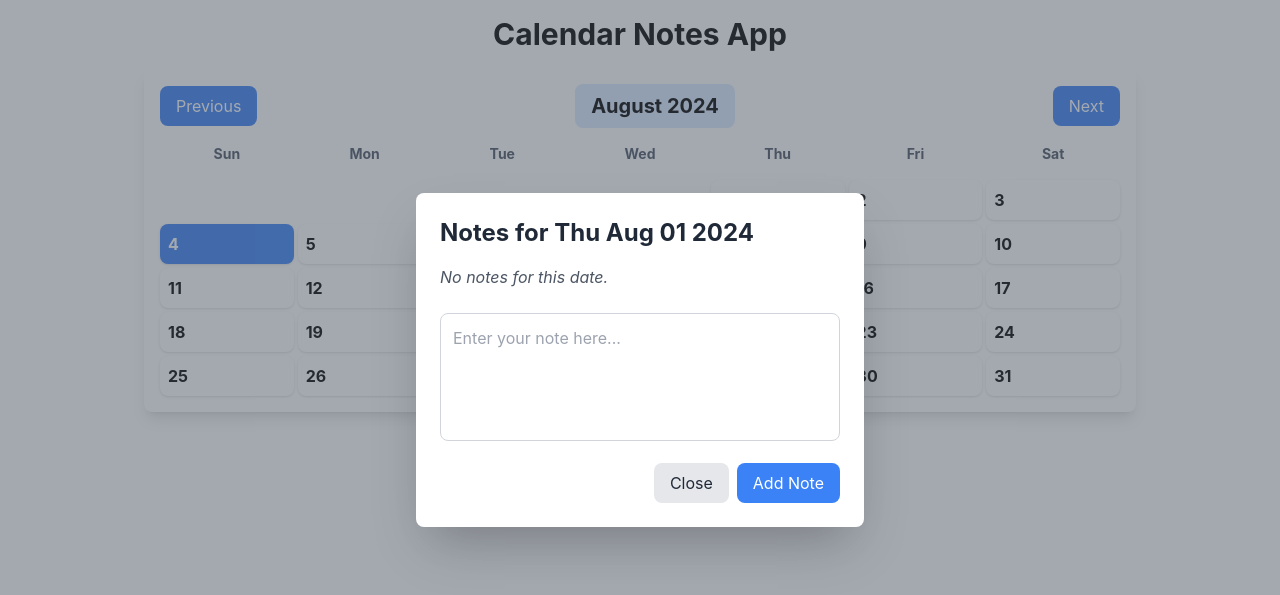
Repository: boogerjosh/Calendar-Notes-App
Page: /, after clicking the first element matching `div.cursor-pointer`
An editor plug-in stored every save of this project. The page is shown before and after the next save, followed by the edit.
The browser window is 1280 px wide. The pictures show the whole page.
The project was rebuilt for these pictures with package versions that can differ from the ones it lists, and the page was loaded fresh each time.

Above is the page before, as saved 2024-08-04 07:58:44.

### src/App.tsx
import React, { useState } from 'react';
import Calendar from './components/Calendar';
import NoteModal from './components/NoteModal';

interface Note {
  id: string;
  date: Date;
  content: string;
}

const App: React.FC = () => {
  const [selectedDate, setSelectedDate] = useState<Date | null>(null);
  const [notes, setNotes] = useState<Note[]>([]);
  const [isModalOpen, setIsModalOpen] = useState(false);

  const handleDateClick = (date: Date) => {
    setSelectedDate(date);
    setIsModalOpen(true);
  };

  const handleAddNote = (content: string) => {
    if (selectedDate) {
      const newNote: Note = {
        id: Date.now().toString(),
        date: selectedDate,
        content
      };
      setNotes([...notes, newNote]);
      setIsModalOpen(false);
    }
  };

  const getNotesForDate = (date: Date) => {
    return notes.filter(note => note.date.toDateString() === date.toDateString());
  };

  return (
    <div className="container mx-auto p-4 max-w-screen-lg">
      <h1 className="text-2xl md:text-3xl font-bold mb-4 text-center">Calendar Notes App</h1>
      <Calendar onDateClick={handleDateClick} notes={notes} />
      {isModalOpen && selectedDate && (
        <NoteModal
          date={selectedDate}
          notes={getNotesForDate(selectedDate)}
          onClose={() => setIsModalOpen(false)}
          onAddNote={handleAddNote}
        />
      )}
    </div>
  );
};

export default App;

### src/components/Calendar.tsx
import React, { useState } from 'react';
import { motion, AnimatePresence } from 'framer-motion';

interface Note {
  id: string;
  date: Date;
  content: string;
}

interface CalendarProps {
  onDateClick: (date: Date) => void;
  notes: Note[];
}

const Calendar: React.FC<CalendarProps> = ({ onDateClick, notes }) => {
  const [currentDate, setCurrentDate] = useState(new Date());
  const [isMonthSelectorVisible, setIsMonthSelectorVisible] = useState(false);
  const monthNames = ["January", "February", "March", "April", "May", "June", "July", "August", "September", "October", "November", "December"];

  const getDaysInMonth = (year: number, month: number) => {
    return new Date(year, month + 1, 0).getDate();
  };

  const getFirstDayOfMonth = (year: number, month: number) => {
    return new Date(year, month, 1).getDay();
  };

  const renderCalendarDays = () => {
    const year = currentDate.getFullYear();
    const month = currentDate.getMonth();
    const daysInMonth = getDaysInMonth(year, month);
    const firstDayOfMonth = getFirstDayOfMonth(year, month);

    const days = [];

    // Add empty cells for days before the first day of the month
    for (let i = 0; i < firstDayOfMonth; i++) {
      days.push(<div key={`empty-${i}`} className="p-1 md:p-2"></div>);
    }

    // Add cells for each day of the month
    for (let i = 1; i <= daysInMonth; i++) {
      const date = new Date(year, month, i);
      const notesForDate = notes.filter(note => note.date.toDateString() === date.toDateString());
      const noteCount = notesForDate.length;
      const isToday = date.toDateString() === new Date().toDateString();

      days.push(
        <motion.div
          key={i}
          whileHover={{ scale: 1.05 }}
          whileTap={{ scale: 0.95 }}
          className={`p-1 md:p-2 rounded-lg cursor-pointer ${isToday ? 'bg-blue-500 text-white' : noteCount > 0 ? 'bg-blue-100' : 'bg-white hover:bg-gray-100'
            } transition-colors duration-200 shadow`}
          onClick={() => onDateClick(date)}
        >
          <span className={`font-bold text-sm md:text-base ${isToday ? 'text-white' : ''}`}>{i}</span>
          {noteCount > 0 && (
            <div className="w-4 h-4 md:w-5 md:h-5 bg-blue-500 rounded-full ml-1 inline-flex items-center justify-center text-white text-xs">
              {noteCount}
            </div>
          )}
        </motion.div>
      );
    }

    return days;
  };

  const navigateMonth = (direction: 'prev' | 'next') => {
    setCurrentDate(prevDate => {
      const newDate = new Date(prevDate);
      if (direction === 'prev') {
        newDate.setMonth(prevDate.getMonth() - 1);
      } else {
        newDate.setMonth(prevDate.getMonth() + 1);
      }
      return newDate;
    });
  };

  const handleMonthClick = () => {
    setIsMonthSelectorVisible(!isMonthSelectorVisible);
  };

  const handleMonthSelect = (monthIndex: number) => {
    setCurrentDate(new Date(currentDate.getFullYear(), monthIndex, 1));
    setIsMonthSelectorVisible(false);
  };

  const renderMonthSelector = () => {
    return (
      <motion.div
        initial={{ opacity: 0, y: -10 }}
        animate={{ opacity: 1, y: 0 }}
        exit={{ opacity: 0, y: -10 }}
        className="absolute top-full left-0 right-0 bg-white border shadow-lg rounded-lg p-2 grid grid-cols-1 gap-2 z-10"
      >
        {monthNames.map((month, index) => (
          <motion.button
            key={month}
            whileHover={{ scale: 1.05 }}
            whileTap={{ scale: 0.95 }}
            onClick={() => handleMonthSelect(index)}
            className="px-2 py-1 text-sm hover:bg-blue-100 rounded transition-colors duration-200"
          >
            {month}
          </motion.button>
        ))}
      </motion.div>
    );
  };

  return (
    <div className="bg-white rounded-lg shadow-lg p-4">
      <div className="flex justify-between items-center mb-4">
        <motion.button
          whileHover={{ scale: 1.05 }}
          whileTap={{ scale: 0.95 }}
          onClick={() => navigateMonth('prev')}
          className="px-2 py-1 md:px-4 md:py-2 bg-blue-500 text-white rounded-lg text-sm md:text-base hover:bg-blue-600 transition-colors duration-200"
        >
          Previous
        </motion.button>
        <div className="relative">
          <motion.button
            whileHover={{ scale: 1.05 }}
            whileTap={{ scale: 0.95 }}
            onClick={handleMonthClick}
            className="text-lg md:text-xl font-bold px-2 py-1 md:px-4 md:py-2 bg-blue-100 rounded-lg hover:bg-blue-200 transition-colors duration-200"
          >
            {monthNames[currentDate.getMonth()]} {currentDate.getFullYear()}
          </motion.button>
          <AnimatePresence>
            {isMonthSelectorVisible && renderMonthSelector()}
          </AnimatePresence>
        </div>
        <motion.button
          whileHover={{ scale: 1.05 }}
          whileTap={{ scale: 0.95 }}
          onClick={() => navigateMonth('next')}
          className="px-2 py-1 md:px-4 md:py-2 bg-blue-500 text-white rounded-lg text-sm md:text-base hover:bg-blue-600 transition-colors duration-200"
        >
          Next
        </motion.button>
      </div>
      <div className="grid grid-cols-7 gap-1 mb-2 md:mb-4">
        {['Sun', 'Mon', 'Tue', 'Wed', 'Thu', 'Fri', 'Sat'].map(day => (
          <div key={day} className="font-bold text-center text-xs md:text-sm text-gray-600">{day}</div>
        ))}
      </div>
      <motion.div
        initial={{ opacity: 0 }}
        animate={{ opacity: 1 }}
        exit={{ opacity: 0 }}
        className="grid grid-cols-7 gap-1"
      >
        {renderCalendarDays()}
      </motion.div>
    </div>
  );
};

export default Calendar;

### src/components/NoteModal.tsx
import React, { useState, useEffect } from 'react';
import { motion, AnimatePresence } from 'framer-motion';

interface Note {
  id: string;
  date: Date;
  content: string;
}

interface NoteModalProps {
  date: Date;
  notes: Note[];
  onClose: () => void;
  onAddNote: (content: string) => void;
}

const NoteModal: React.FC<NoteModalProps> = ({ date, notes, onClose, onAddNote }) => {
  const [noteContent, setNoteContent] = useState('');
  const [activeNoteId, setActiveNoteId] = useState<string | null>(null);

  useEffect(() => {
    const handleEscape = (event: KeyboardEvent) => {
      if (event.key === 'Escape') {
        onClose();
      }
    };
    window.addEventListener('keydown', handleEscape);
    return () => window.removeEventListener('keydown', handleEscape);
  }, [onClose]);

  const handleSubmit = (e: React.FormEvent) => {
    e.preventDefault();
    if (noteContent.trim()) {
      onAddNote(noteContent);
      setNoteContent('');
    }
  };

  const handleNoteClick = (noteId: string) => {
    setActiveNoteId(activeNoteId === noteId ? null : noteId);
  };

  return (
    <AnimatePresence>
      <motion.div
        initial={{ opacity: 0 }}
        animate={{ opacity: 1 }}
        exit={{ opacity: 0 }}
        className="fixed inset-0 bg-gray-600 bg-opacity-50 flex justify-center items-center p-4 z-50"
        onClick={onClose}
      >
        <motion.div
          initial={{ scale: 0.9, opacity: 0 }}
          animate={{ scale: 1, opacity: 1 }}
          exit={{ scale: 0.9, opacity: 0 }}
          transition={{ type: 'spring', damping: 20, stiffness: 300 }}
          className="bg-white p-6 rounded-lg w-full max-w-md shadow-2xl"
          onClick={(e) => e.stopPropagation()}
        >
          <h2 className="text-2xl font-bold mb-4 text-gray-800">
            Notes for {date.toDateString()}
          </h2>
          <div className="mb-6 max-h-48 overflow-y-auto">
            <AnimatePresence>
              {notes.length > 0 ? (
                notes.map((note) => (
                  <motion.div
                    key={note.id}
                    initial={{ opacity: 0, y: -10 }}
                    animate={{ opacity: 1, y: 0 }}
                    exit={{ opacity: 0, y: -10 }}
                    className={`bg-gray-100 p-3 mb-2 rounded-lg cursor-pointer transition-colors duration-200 ${activeNoteId === note.id ? 'bg-blue-100' : 'hover:bg-gray-200'
                      }`}
                    onClick={() => handleNoteClick(note.id)}
                  >
                    <p className="text-sm text-gray-800 break-words">
                      {activeNoteId === note.id ? note.content : note.content.slice(0, 50) + (note.content.length > 50 ? '...' : '')}
                    </p>
                  </motion.div>
                ))
              ) : (
                <p className="text-gray-600 italic">No notes for this date.</p>
              )}
            </AnimatePresence>
          </div>
          <form onSubmit={handleSubmit} className="space-y-4">
            <textarea
              className="w-full h-32 p-3 border border-gray-300 rounded-lg focus:ring-2 focus:ring-blue-500 focus:border-transparent resize-none"
              value={noteContent}
              onChange={(e) => setNoteContent(e.target.value)}
              placeholder="Enter your note here..."
            />
            <div className="flex justify-end space-x-2">
              <button
                type="button"
                className="px-4 py-2 bg-gray-200 text-gray-800 rounded-lg hover:bg-gray-300 transition-colors duration-200"
                onClick={onClose}
              >
                Close
              </button>
              <button
                type="submit"
                className="px-4 py-2 bg-blue-500 text-white rounded-lg hover:bg-blue-600 transition-colors duration-200"
              >
                Add Note
              </button>
            </div>
          </form>
        </motion.div>
      </motion.div>
    </AnimatePresence>
  );
};

export default NoteModal;

Loaded but not shown: public/index.html (common file); src/index.tsx (common file); src/index.css (common file); src/reportWebVitals.ts (common file); tailwind.config.js (common file)

After the next save:
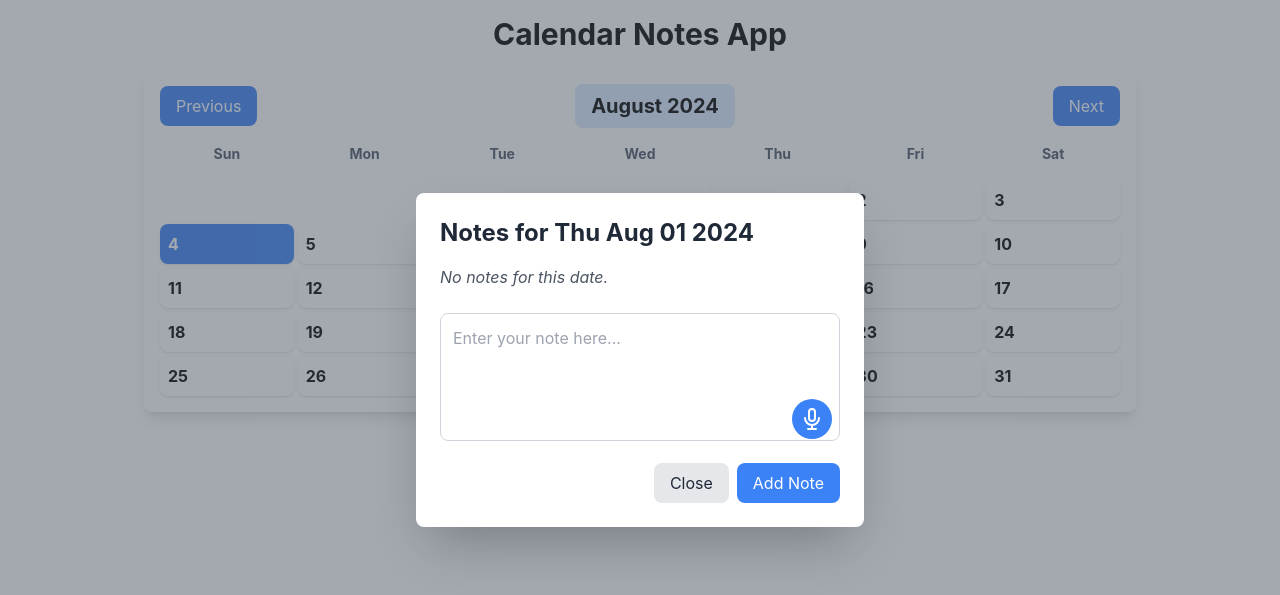
Saved 2 h 36 min later.
--- a/src/components/NoteModal.tsx
+++ b/src/components/NoteModal.tsx
@@ -1,4 +1,4 @@
-import React, { useState, useEffect } from 'react';
+import React, { useState, useEffect, useRef } from 'react';
 import { motion, AnimatePresence } from 'framer-motion';
 
 interface Note {
@@ -14,19 +14,52 @@ interface NoteModalProps {
   onAddNote: (content: string) => void;
 }
 
+// interface Window {
+//   SpeechRecognition: typeof SpeechRecognition;
+//   webkitSpeechRecognition: typeof SpeechRecognition;
+// }
+
 const NoteModal: React.FC<NoteModalProps> = ({ date, notes, onClose, onAddNote }) => {
   const [noteContent, setNoteContent] = useState('');
   const [activeNoteId, setActiveNoteId] = useState<string | null>(null);
+  const [isListening, setIsListening] = useState(false);
+  const recognitionRef = useRef(null);
 
-  useEffect(() => {
-    const handleEscape = (event: KeyboardEvent) => {
-      if (event.key === 'Escape') {
-        onClose();
-      }
-    };
-    window.addEventListener('keydown', handleEscape);
-    return () => window.removeEventListener('keydown', handleEscape);
-  }, [onClose]);
+  // useEffect(() => {
+  //   const handleEscape = (event: KeyboardEvent) => {
+  //     if (event.key === 'Escape') {
+  //       onClose();
+  //     }
+  //   };
+  //   window.addEventListener('keydown', handleEscape);
+
+  //   // Initialize speech recognition
+  //   if ('SpeechRecognition' in window || 'webkitSpeechRecognition' in window) {
+  //     const SpeechRecognition = window.SpeechRecognition || window.webkitSpeechRecognition;
+  //     recognitionRef.current = new SpeechRecognition();
+  //     recognitionRef.current.continuous = true;
+  //     recognitionRef.current.interimResults = true;
+
+  //     recognitionRef.current.onresult = (event: SpeechRecognitionEvent) => {
+  //       const transcript = Array.from(event.results)
+  //         .map(result => result[0].transcript)
+  //         .join('');
+  //       setNoteContent(prevContent => prevContent + ' ' + transcript);
+  //     };
+
+  //     recognitionRef.current.onerror = (event: SpeechRecognitionErrorEvent) => {
+  //       console.error('Speech recognition error', event.error);
+  //       setIsListening(false);
+  //     };
+  //   }
+
+  //   return () => {
+  //     window.removeEventListener('keydown', handleEscape);
+  //     if (recognitionRef.current) {
+  //       recognitionRef.current.stop();
+  //     }
+  //   };
+  // }, [onClose]);
 
   const handleSubmit = (e: React.FormEvent) => {
     e.preventDefault();
@@ -38,6 +71,15 @@ const NoteModal: React.FC<NoteModalProps> = ({ date, notes, onClose, onAddNote }
 
   const handleNoteClick = (noteId: string) => {
     setActiveNoteId(activeNoteId === noteId ? null : noteId);
+  };
+
+  const toggleListening = () => {
+    if (isListening) {
+      recognitionRef.current?.stop();
+    } else {
+      recognitionRef.current?.start();
+    }
+    setIsListening(!isListening);
   };
 
   return (
@@ -84,12 +126,26 @@ const NoteModal: React.FC<NoteModalProps> = ({ date, notes, onClose, onAddNote }
             </AnimatePresence>
           </div>
           <form onSubmit={handleSubmit} className="space-y-4">
-            <textarea
-              className="w-full h-32 p-3 border border-gray-300 rounded-lg focus:ring-2 focus:ring-blue-500 focus:border-transparent resize-none"
-              value={noteContent}
-              onChange={(e) => setNoteContent(e.target.value)}
-              placeholder="Enter your note here..."
-            />
+            <div className="relative">
+              <textarea
+                className="w-full h-32 p-3 pr-12 border border-gray-300 rounded-lg focus:ring-2 focus:ring-blue-500 focus:border-transparent resize-none"
+                value={noteContent}
+                onChange={(e) => setNoteContent(e.target.value)}
+                placeholder="Enter your note here..."
+              />
+              <motion.button
+                whileHover={{ scale: 1.1 }}
+                whileTap={{ scale: 0.9 }}
+                type="button"
+                onClick={toggleListening}
+                className={`absolute right-2 bottom-2 p-2 rounded-full ${isListening ? 'bg-red-500' : 'bg-blue-500'
+                  } text-white`}
+              >
+                <svg xmlns="http://www.w3.org/2000/svg" className="h-6 w-6" fill="none" viewBox="0 0 24 24" stroke="currentColor">
+                  <path strokeLinecap="round" strokeLinejoin="round" strokeWidth={2} d="M19 11a7 7 0 01-7 7m0 0a7 7 0 01-7-7m7 7v4m0 0H8m4 0h4m-4-8a3 3 0 01-3-3V5a3 3 0 116 0v6a3 3 0 01-3 3z" />
+                </svg>
+              </motion.button>
+            </div>
             <div className="flex justify-end space-x-2">
               <button
                 type="button"
